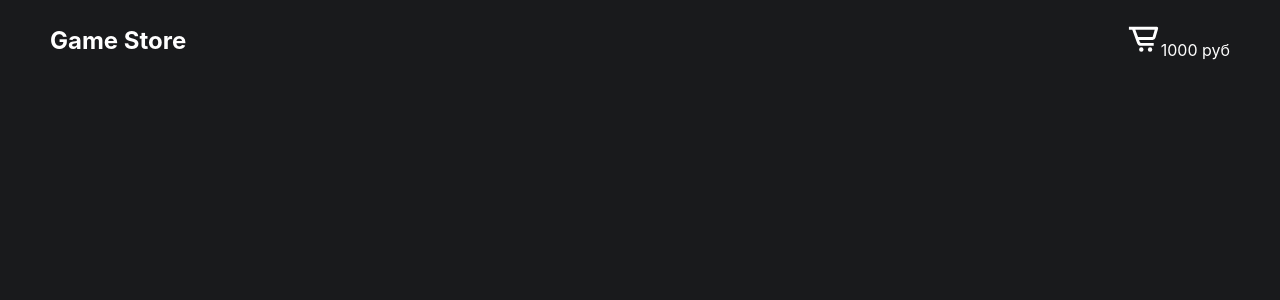
Repository: Minkeani/GameStore
Page: /
An editor plug-in stored every save of this project. The page is shown before and after the next save, followed by the edit.
The browser window is 1280 px wide. The pictures show the whole page.
The project was rebuilt for these pictures with package versions that can differ from the ones it lists, and the page was loaded fresh each time.

Above is the page before, as saved 2022-09-06 21:06:46.

After the next save:
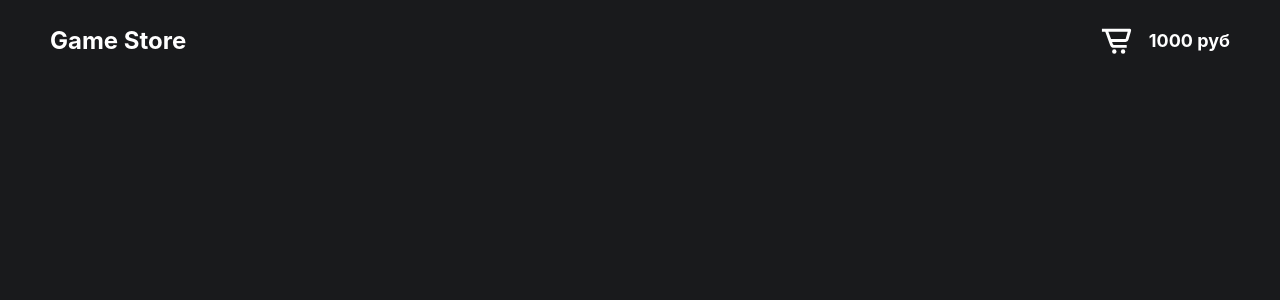
Saved 47 s later.
--- a/src/components/CartBlock/CartBlock.jsx
+++ b/src/components/CartBlock/CartBlock.jsx
@@ -4,9 +4,9 @@ import {BiCartAlt} from 'react-icons/bi'
 
 export default function CartBlock() {
   return (
-    <div>
+    <div className="cart-block">
       <BiCartAlt size={35}  className="cart-icon"/>
-      <span className='cart-block__total-price'>1000 руб</span>
+      <span className="total-price">1000 руб</span>
     </div>
   )
 }
